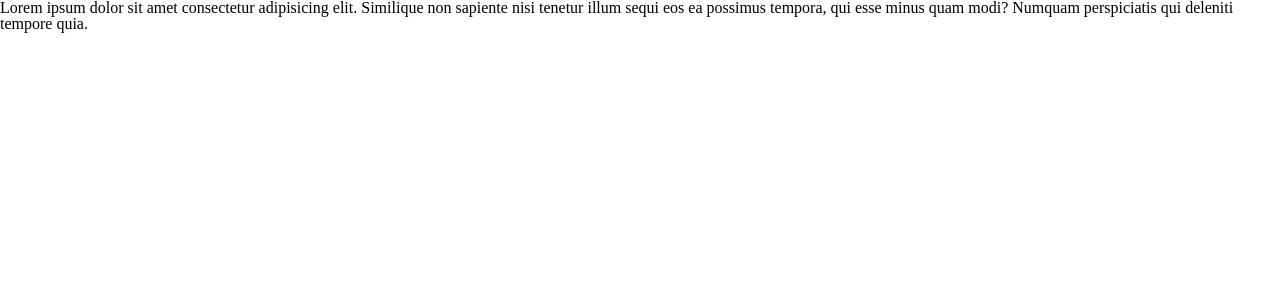
Repository: hoang71299/fe_26
Page: noti/index.html
The author's editor kept a copy of each file at every save. The page is drawn from the files as they stood at one save, then again after the next save.
The browser window is 1280 px wide. The pictures show the whole page.

Above is the page before, as saved 2023-04-07 13:19:21.

### noti/index.html
<!DOCTYPE html>
<html lang="en">
<head>
  <meta charset="UTF-8">
  <meta http-equiv="X-UA-Compatible" content="IE=edge">
  <meta name="viewport" content="width=device-width, initial-scale=1.0">
  <title>Document</title>
  <link rel="stylesheet" href="style.css">
</head>
<body>
  <div class="box">
    <p>Lorem ipsum dolor sit amet consectetur adipisicing elit. Similique non sapiente nisi tenetur illum sequi eos ea possimus tempora, qui esse minus quam modi? Numquam perspiciatis qui deleniti tempore quia.</p>
  </div>
</body>
</html>

### noti/style.css
*,
*:before,
*:after {
  box-sizing: border-box;
}
* {
  margin: 0;
  padding: 0;
  font: inherit;
}
img,
picture,
svg,
video {
  display: block;
  max-width: 100%;
}
input,
select,
textarea {
  background-color: transparent;
  outline: none;
}
button {
  cursor: pointer;
  background-color: transparent;
  outline: none;
  border: 0;
}
body {
  min-height: 100vh;
  font-weight: 400;
  font-size: 16px;
  line-height: 1;
}

After the next save:
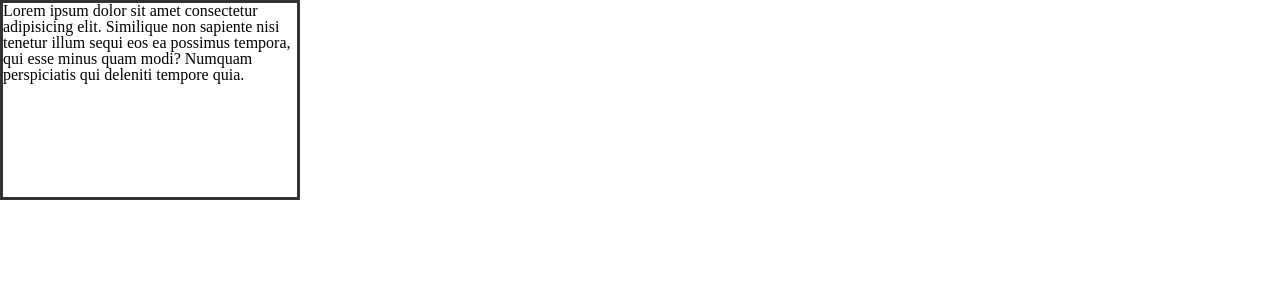
Saved 19 s later.
--- a/noti/style.css
+++ b/noti/style.css
@@ -33,3 +33,9 @@ body {
   font-size: 16px;
   line-height: 1;
 }
+.box{
+  border: 3px solid #333;
+  width: 300px;
+  height: 200px;
+
+}
